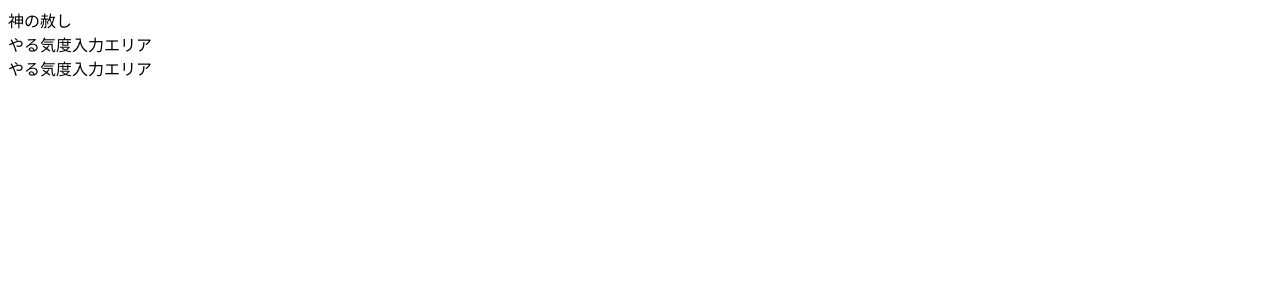
Repository: masa0306/god_forgiveness
Page: index.html
An editor plug-in stored every save of this project. The page is shown before and after a run of saves, followed by the edit.
The browser window is 1280 px wide. The pictures show the whole page.

Above is the page before, as saved 2024-05-14 22:35:27.

### index.html
<!DOCTYPE html>
<html lang="en">
<head>
    <meta charset="UTF-8">
    <meta name="viewport" content="width=device-width, initial-scale=1.0">
    <title>Document</title>
</head>
<body>
    <!--  -->
    <div>神の赦し</div>
    <div>やる気度入力エリア</div>
    <div>やる気度入力エリア</div>

    <script src="https://ajax.googleapis.com/ajax/libs/jquery/3.7.0/jquery.min.js"></script>
    <script src="/js/script.js"></script>

</body>
</html>

Loaded but not shown: js/script.js (no copy from this time; the picture is the same without it)

After the next 4 saves:
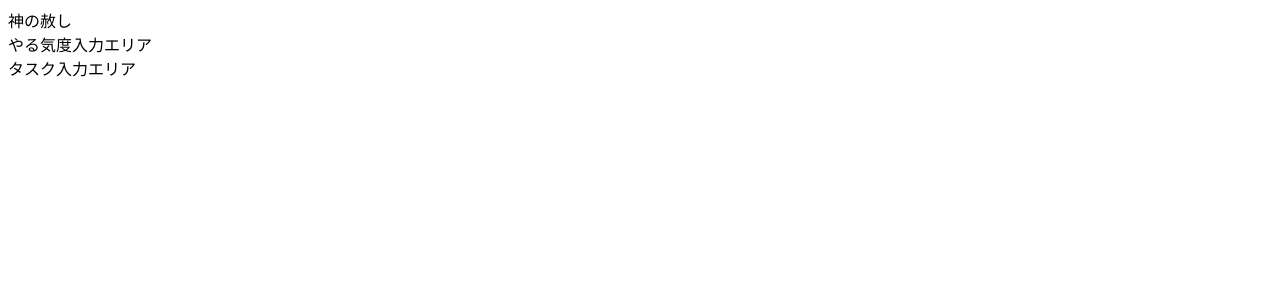
The 4 saves are shown as one change because they came seconds apart.
The last was saved 11 s later.
--- a/index.html
+++ b/index.html
@@ -9,8 +9,8 @@
     <!--  -->
     <div>神の赦し</div>
     <div>やる気度入力エリア</div>
-    <div>やる気度入力エリア</div>
-
+    <div>タスク入力エリア</div>
+    <div></div>
     <script src="https://ajax.googleapis.com/ajax/libs/jquery/3.7.0/jquery.min.js"></script>
     <script src="/js/script.js"></script>
 
